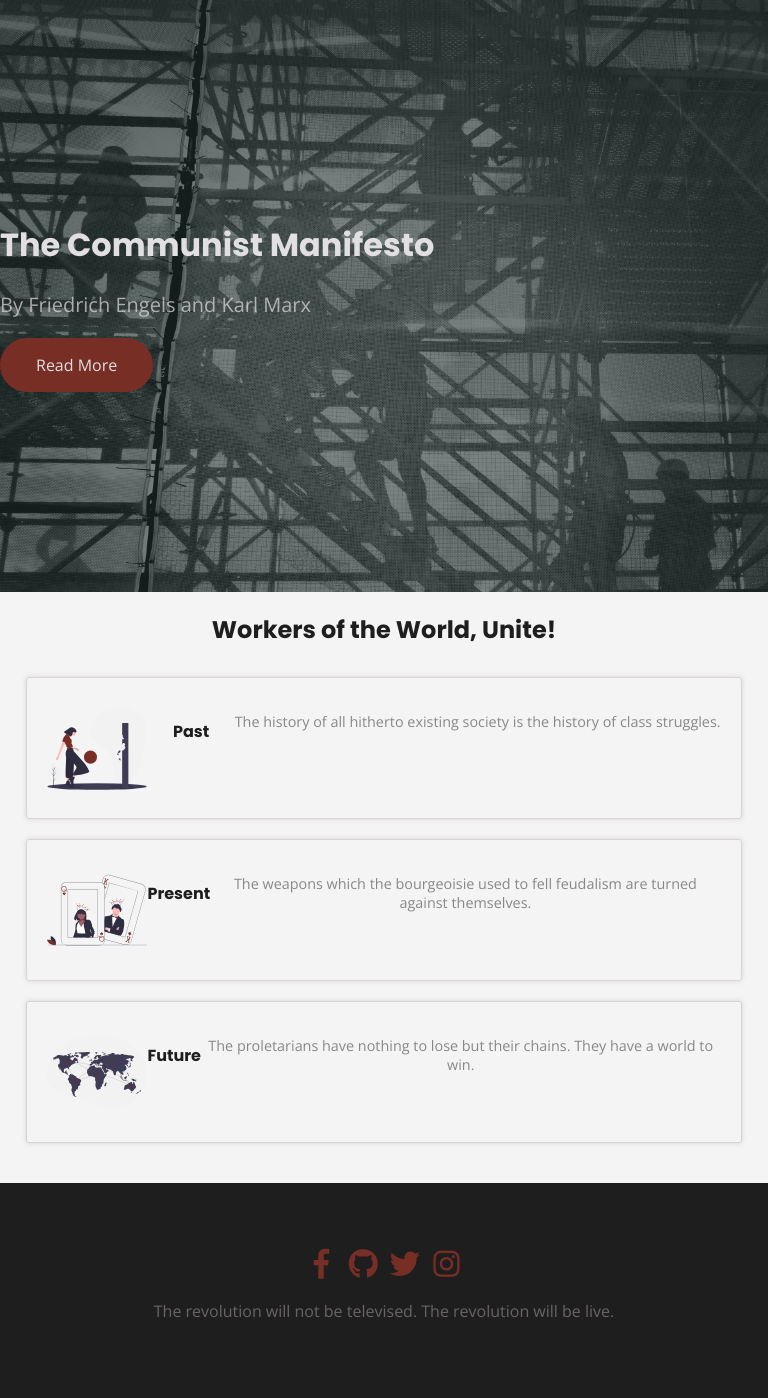
Repository: eaang/landing
Page: index.html
An editor plug-in stored every save of this project. The page is shown before and after the next save, followed by the edit.
The browser window is 768 px wide. The pictures show the whole page.
Some web libraries are served in a nearby version.

Above is the page before, as saved 2020-06-10 17:04:03.

### index.html
<!DOCTYPE html>
<html>
  <head>
    <meta charset="UTF-8" />
    <title>The Communist Manifesto</title>
    <link rel="shortcut icon" href="data:[embedded picture, 18 characters]" type="image/x-icon" />
    <!-- We need this line below for responsiveness! -->
    <meta name="viewport" content="width=device-width, initial-scale=1" />
    <link rel="stylesheet" href="css/style.css" />
  </head>
  <body>
    <!-- code a Hero / Banner section -->
    <div class="banner">
      <div class="container">
        <h1>The Communist Manifesto</h1>
        <p>By Friedrich Engels and Karl Marx</p>
        <a class="btn-primary" href="#">Read More</a>
      </div>
    </div>
    <!-- code a "How it works" section -->
    <div class="container">
      <h2 class="text-center">Workers of the World, Unite!</h2>
      <div class="cards">
        <div class="card">
          <img src="images/struggle.svg" alt="" />
          <h4>Past</h4>
          <p>
            The history of all hitherto existing society is the history of class
            struggles.
          </p>
        </div>

        <div class="card">
          <img src="images/feudal.svg" alt="" />
          <h4>Present</h4>
          <p>
            The weapons which the bourgeoisie used to fell feudalism are turned
            against themselves.
          </p>
        </div>

        <div class="card">
          <img src="images/future.svg" alt="" />
          <h4>Future</h4>
          <p>
            The proletarians have nothing to lose but their chains. They have a
            world to win.
          </p>
        </div>
      </div>
    </div>
    <!-- code a footer -->
    <div class="footer">
      <div class="links">
        <a href="#"><i class="fab fa-fw fa-facebook-f"></i></a>
        <a href="#"><i class="fab fa-fw fa-github"></i></a>
        <a href="#"><i class="fab fa-fw fa-twitter"></i></a>
        <a href="#"><i class="fab fa-fw fa-instagram"></i></a>
        <p>
          The revolution will not be televised. The revolution will be live.
        </p>
      </div>
    </div>
  </body>
</html>

### css/style.css
/* Fonts */
@import url("https://fonts.googleapis.com/css?family=Open+Sans:400,700|Poppins:700");

/* Fontawesome */
@import url("https://use.fontawesome.com/releases/v5.6.3/css/all.css");

/* Utilities */
body {
  margin: 0;
  font-family: Open Sans;
  background-color: #f5f4f5;
  color: #1f1e1f;
}

h1,
h2,
h3,
h4 {
  font-family: Poppins;
}

a {
  text-decoration: none;
}

.text-center {
  text-align: center;
}
/* Custom design below! */
.container {
  max-width: 900px;
  margin: auto;
}

/* Banner design */
.banner:before {
  content: " ";
  display: block;
  position: absolute;
  left: 0;
  top: 0;
  width: 100%;
  height: 100%;
  z-index: 1;
  opacity: 0.4;
  background-image: url("../images/background.jpg");
  background-repeat: no-repeat;
  background-position: 50% 0;
  -ms-background-size: cover;
  -o-background-size: cover;
  -moz-background-size: cover;
  -webkit-background-size: cover;
  background-size: cover;
}
.banner {
  position: relative;
  background: #203130;
  overflow: hidden;
  padding: 200px 0;
}
.banner h1 {
  position: relative;
  z-index: 2;
  color: #e1dfe1;
}
.banner p {
  position: relative;
  z-index: 2;
  color: #e1dfe1;
  opacity: 0.7;
  font-size: 20px;
}
.btn-primary {
  position: relative;
  z-index: 2;
  display: inline-block;
  background-color: #772e25;
  padding: 16px 36px;
  border-radius: 50px;
  color: #e1dfe1;
}

/* Cards design */
.cards {
  flex-wrap: wrap;
  display: flex;
  justify-content: space-between;
  margin-bottom: 30px;
}
.card {
  max-width: 200px;
  border-radius: 3px;
  box-shadow: 0 0 5px rgb(216, 212, 216);
  text-align: center;
  padding: 20px;
  border: 1px solid rgb(216, 212, 216);
}
.card img {
  height: 100px;
}
.card p {
  opacity: 0.5;
  font-size: 0.9em;
}

/* Footer design */
.footer {
  text-align: center;
  padding: 60px;
  background-color: #1f1e1f;
}
.footer a {
  font-size: 30px;
  color: #772e25;
}
.footer p {
  color: #686468;
}

/* Media Queries */

@media only screen and (max-width: 1000px) {
  .cards {
    padding: 0px 10px 0px 10px;
  }
  .card {
    margin: 0 10px;
  }
}
@media only screen and (max-width: 830px) {
  .cards {
    flex-direction: column;
  }
  .card {
    min-width: 90%;
    margin: 10px auto;
    display: flex;
    justify-content: space-between;
  }
  .card img {
    width: 100px;
  }
  .card h4 {
    text-align: left;
  }
}

After the next save:
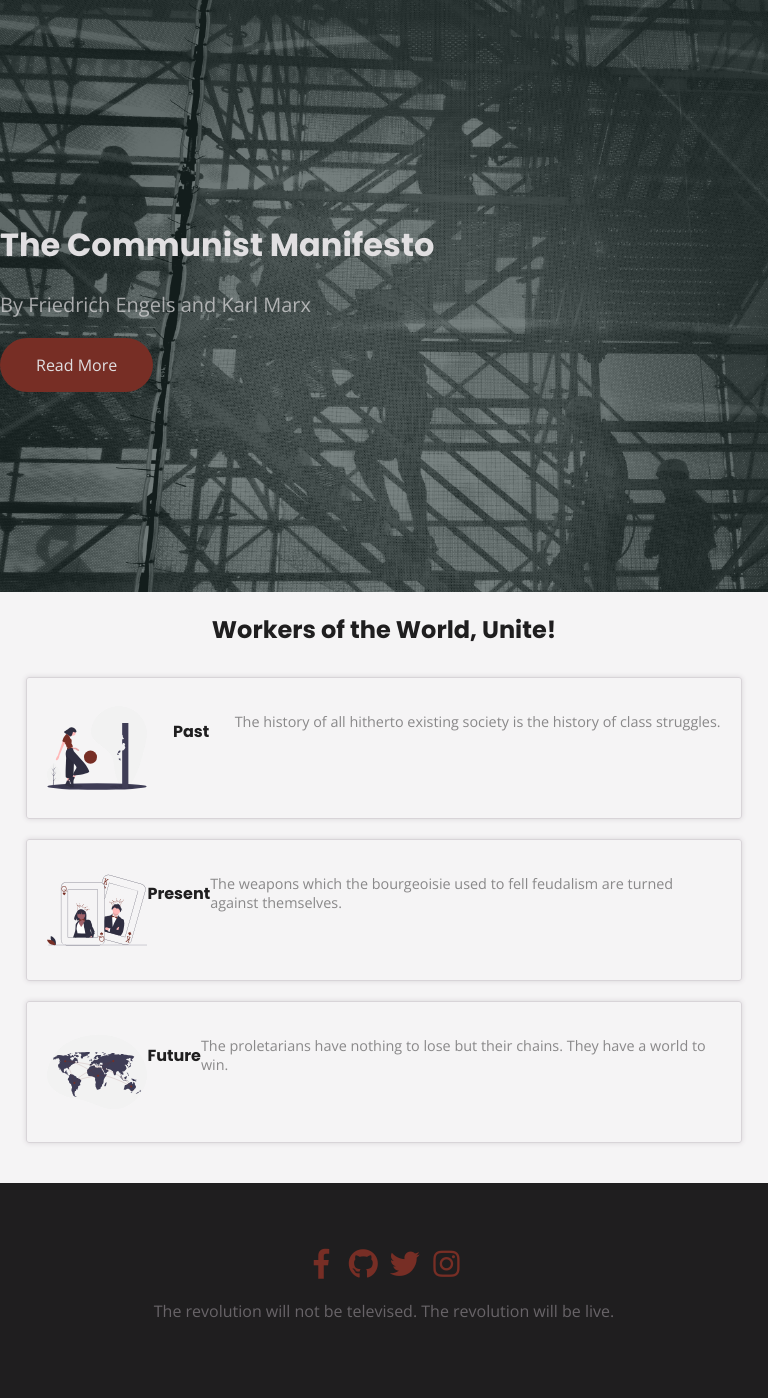
Saved 51 s later.
--- a/css/style.css
+++ b/css/style.css
@@ -136,11 +136,9 @@ a {
     margin: 10px auto;
     display: flex;
     justify-content: space-between;
+    text-align: left;
   }
   .card img {
     width: 100px;
   }
-  .card h4 {
-    text-align: left;
-  }
 }
